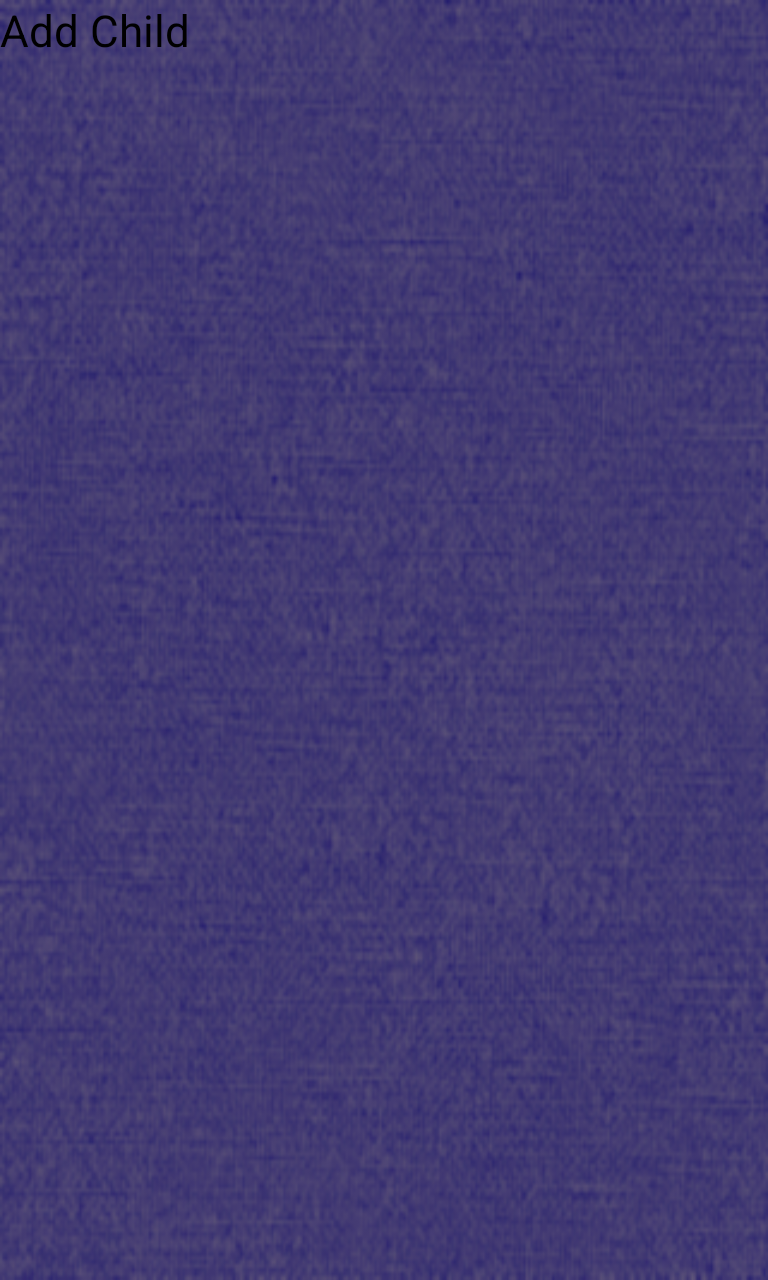
Repository: samanamp/RR-Controller
Layout: RRC app/res/layout/activity_child_setting.xml
The author's editor kept a copy of each file at every save. The layout is drawn from the files as they stood at one save, then again after the next save.
Pictures or frames that could not be fetched are drawn as grey boxes. It is drawn on a 768 x 1280 px phone screen (xhdpi) without system bars, with theme AppTheme; the app's code is not run.

Above is the layout before, as saved 2012-08-09 11:33:25.

After the next save:
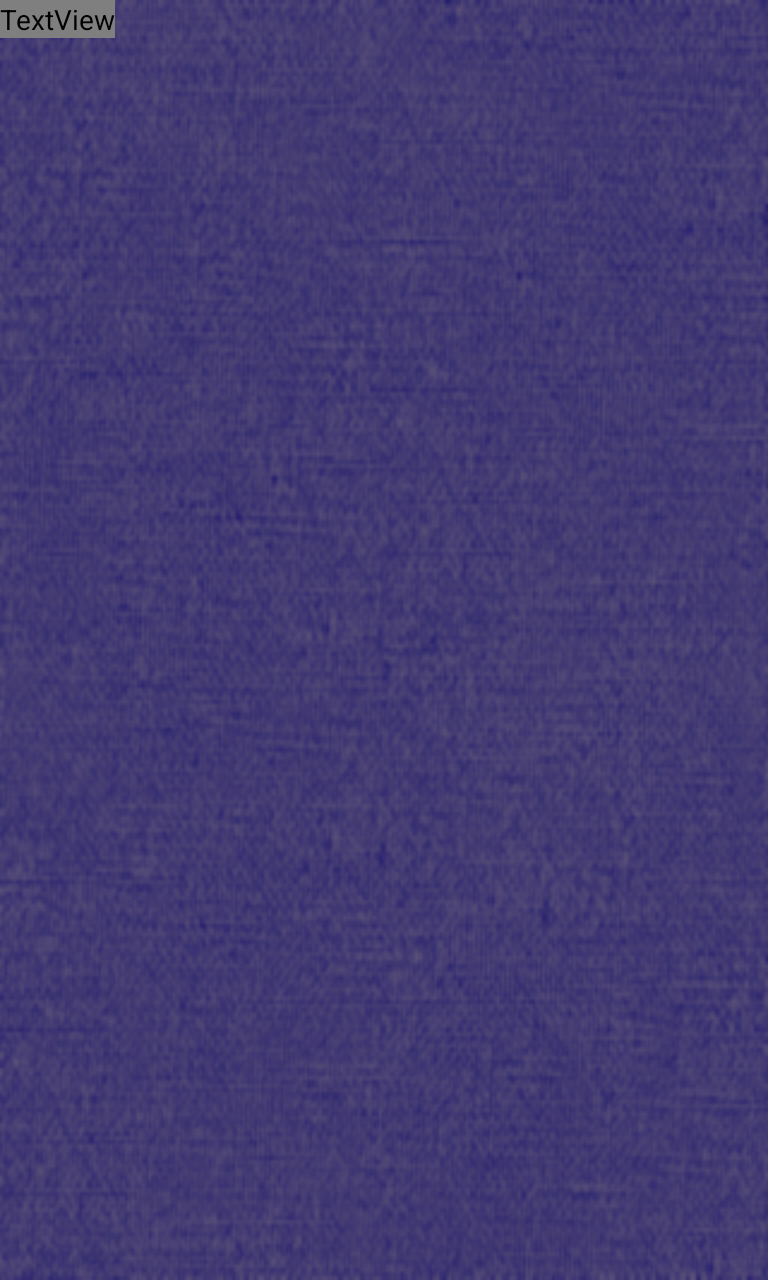
Saved 34 s later.
--- a/RRC app/res/layout/activity_child_setting.xml
+++ b/RRC app/res/layout/activity_child_setting.xml
@@ -11,6 +11,7 @@
         android:layout_alignParentLeft="true"
         android:layout_alignParentTop="true"
         android:text="Add Child"
+        android:textColor="white"
         android:textAppearance="?android:attr/textAppearanceLarge" />
 
 </RelativeLayout>

After the save that followed:
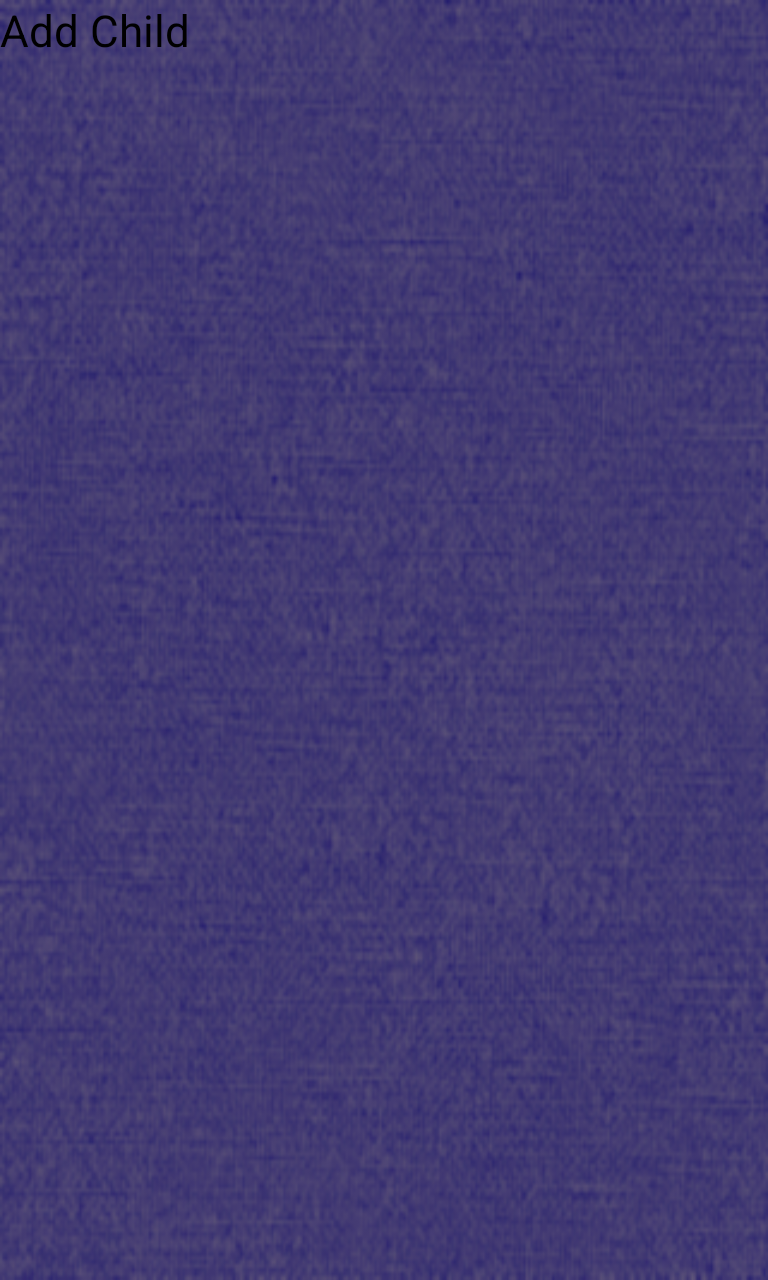
Saved 2 min 28 s later.
--- a/RRC app/res/layout/activity_child_setting.xml
+++ b/RRC app/res/layout/activity_child_setting.xml
@@ -11,7 +11,7 @@
         android:layout_alignParentLeft="true"
         android:layout_alignParentTop="true"
         android:text="Add Child"
-        android:textColor="white"
+        android:textColor="#000000"
         android:textAppearance="?android:attr/textAppearanceLarge" />
 
 </RelativeLayout>
